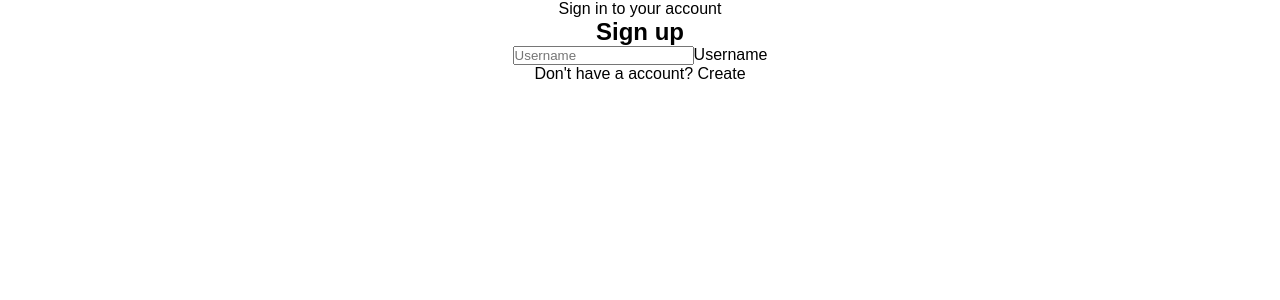
Repository: 70y-ali/branding_
Page: /sign-up (app in client/)
The author's editor kept a copy of each file at every save. The page is drawn from the files as they stood at one save, then again after the next save.
The browser window is 1280 px wide. The pictures show the whole page.
The page's requests for data from a server got no answer. The project was rebuilt for these pictures with package versions that can differ from the ones it lists, and the page was loaded fresh each time. No one was signed in, and anything a server would have sent is missing. Also part of the build but not shown: client/src/components/Home/index.js.

Above is the page before, as saved 2021-02-15 01:43:04.

After the next save:
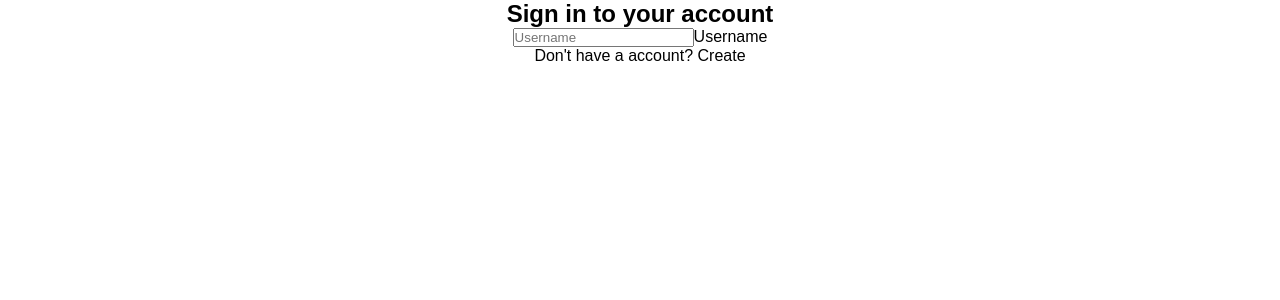
Saved 25 s later.
--- a/client/src/components/SignUp/index.js
+++ b/client/src/components/SignUp/index.js
@@ -61,8 +61,7 @@
     }, []);
     return (
         <div className='row' onClick={register}>
-            Sign in to your account
-            <h2 class="form-title">Sign up</h2>
+            <h2 class="form-title">Sign in to your account</h2>
             <form className='col-lg-12'>
                 <div className='row'>
                     <div className='input-field col-lg-6'>
